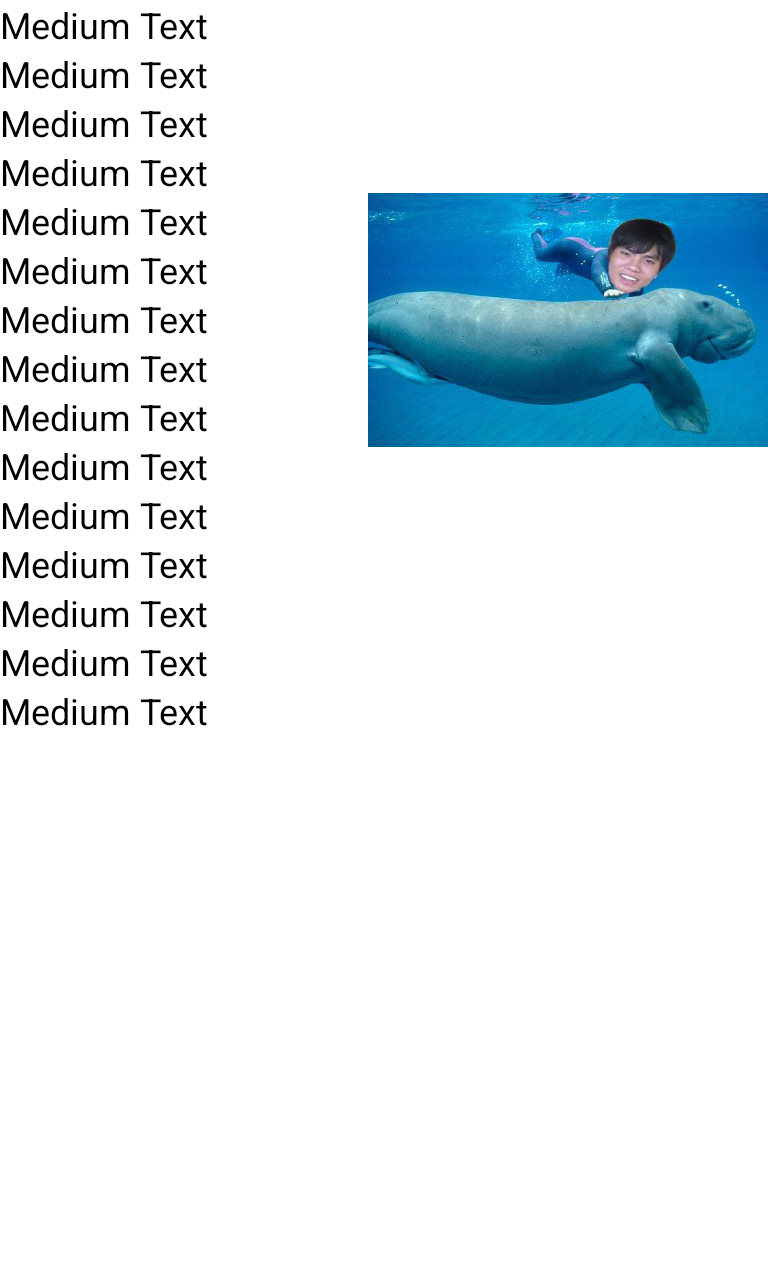
Repository: hieu19926/Non_cable_networking
Layout: SecondGraders/res/layout/mucluc.xml
The author's editor kept a copy of each file at every save. The layout is drawn from the files as they stood at one save, then again after the next save.
It is drawn on a 768 x 1280 px phone screen (xhdpi) without system bars, with theme AppTheme; the app's code is not run.

Above is the layout before, as saved 2014-10-05 09:06:19.

After the next save:
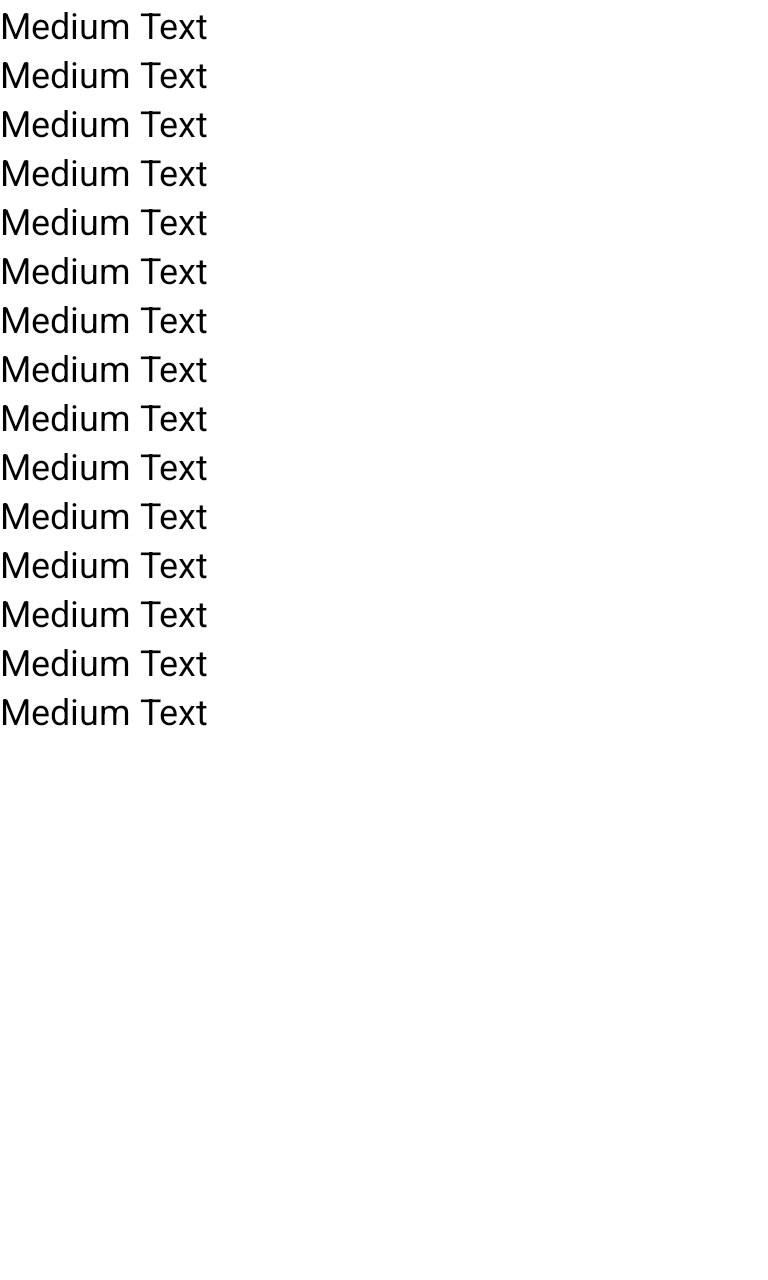
Saved 70 s later.
--- a/SecondGraders/res/layout/mucluc.xml
+++ b/SecondGraders/res/layout/mucluc.xml
@@ -128,26 +128,8 @@
         android:layout_gravity="fill_vertical"
         android:layout_row="2" />
 
-    <ScrollView
-        android:id="@+id/scrollView2"
-        android:layout_height="1030dp"
-        android:layout_column="0"
-        android:layout_gravity="right|center_vertical"
-        android:layout_row="0" >
-
-        <LinearLayout
-            android:layout_width="wrap_content"
-            android:layout_height="match_parent"
-            android:orientation="vertical"
-            >
-
-            <ImageView
-                android:id="@+id/imageView1"
-                android:layout_width="200dp"
-                android:layout_height="320dp"
-                android:src="@drawable/ca_kua" />
-
-        </LinearLayout>
-    </ScrollView>
+    <Gallery
+        android:id="@+id/gallery1"
+        android:layout_gravity="fill_vertical" />
 
 </GridLayout>
